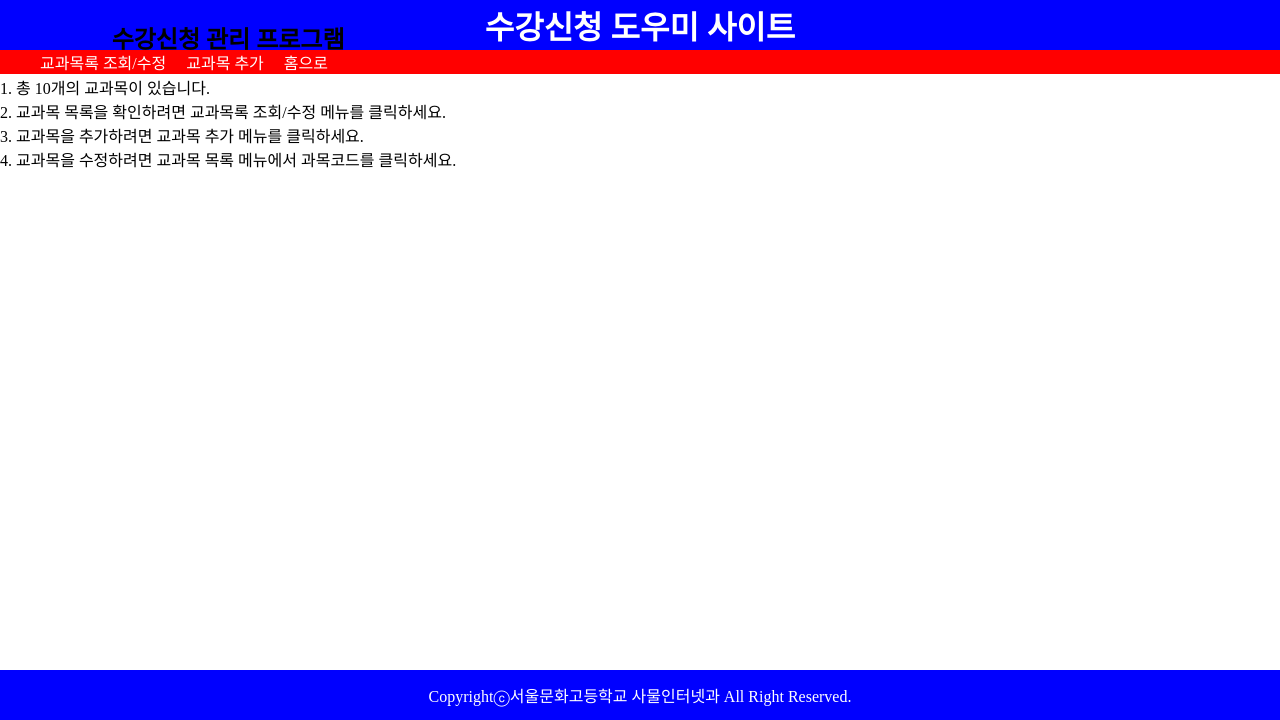
Repository: yuuki08noah/CHUNGCHUSANKI
Page: http://localhost/HRD_002/
An editor plug-in stored every save of this project. The page is shown before and after the next save, followed by the edit.
The browser window is 1280 px wide. The pictures show the whole page.
The page is served by Tomcat 9.

Above is the page before, as saved 2025-04-01 07:54:04.

After the next save:
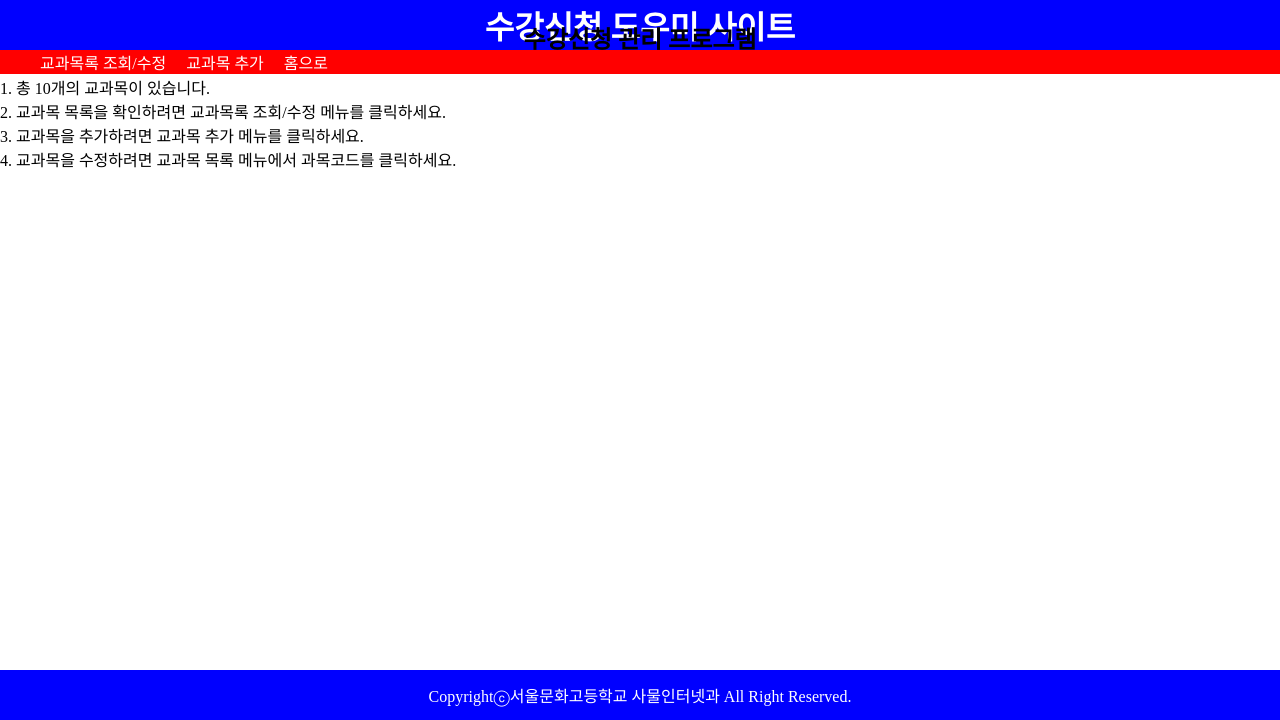
Saved 10 s later.
--- a/HRD_002/src/main/webapp/index.jsp
+++ b/HRD_002/src/main/webapp/index.jsp
@@ -8,7 +8,7 @@
 </head>
 <body>
 	<jsp:include page="header.jsp"/>
-	<section style="position: absolute;">
+	<section style="position: absolute; width: 100%">
 		<div style="text-align: center;">
 			<h2>수강신청 관리 프로그램</h2>
 		</div>
